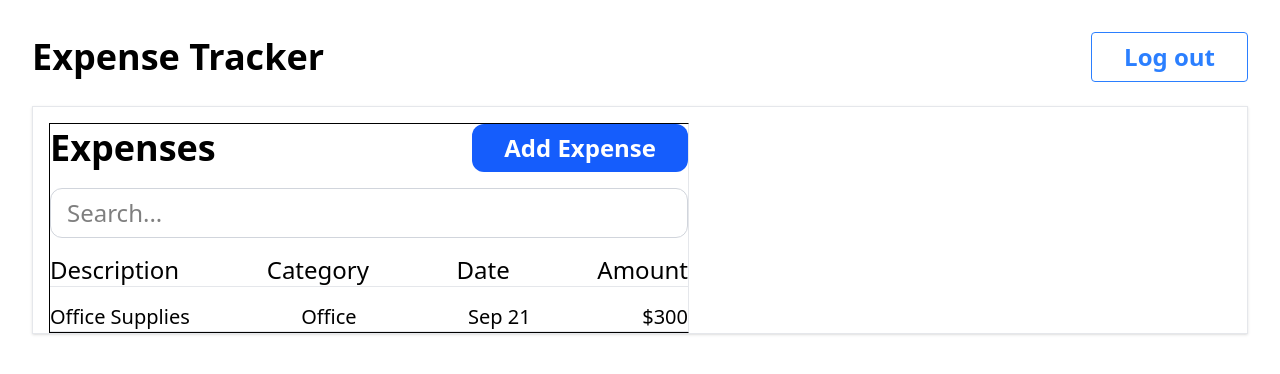
Repository: Syed-Mohsin-Ali786/frontend-expense-tracker
Page: /
An editor plug-in stored every save of this project. The page is shown before and after the next save, followed by the edit.
The browser window is 1280 px wide. The pictures show the whole page.
The project was rebuilt for these pictures with package versions that can differ from the ones it lists, and the page was loaded fresh each time.

Above is the page before, as saved 2025-09-28 14:29:56.

### src/App.tsx
import "./App.css";

function App() {
  return (
    <div className=" mt-4 mx-4 p-4">
      {/* Header */}
      <header className="flex items-center justify-between">
        <h1 className="text-4xl  font-semibold">Expense Tracker</h1>
        <button className=" border border-blue-500 py-2 px-3 md:px-6 lg:px-8 rounded font-semibold text-blue-500 text-2xl ">
          Log out
        </button>
      </header>

      {/* The main page */}
      <section className="mt-6 shadow border-gray-200 border px-4">
        {/* Expenses */}
        <div className="flex flex-col w-[50vw] justify-between mt-4 border-r-gray-200 border">
          <div className="flex justify-between items-center ">
            <h1 className="text-4xl  font-semibold">Expenses</h1>
            <button className=" bg-blue-600  py-2 px-3 md:px-6 lg:px-8 rounded-[12px] font-semibold text-[#ffff] text-2xl">
              Add Expense
            </button>
          </div>
          <div>
            <input
              type="text"
              placeholder="Search..."
              className="py-2 px-4 w-full text-2xl border-gray-300 border rounded-[12px] mt-4 "
            />
            <div className="flex text-2xl items-center justify-between mt-4 border-gray-200 border-b">
              <p>Description</p>
              <p>Category</p>
              <p>Date</p>
              <p>Amount</p>
            </div>
            <div className="flex text-xl items-center justify-between mt-4 border-gray-200 border-b">
              <p>Office Supplies</p>
              <p>Office</p>
              <p> Sep 21</p>
              <p>$300</p>
            </div>
          </div>
        </div>
        {/* Charts */}
        <div></div>
      </section>
    </div>
  );
}

export default App;

Loaded but not shown: index.html (common file); src/main.tsx (common file); src/App.css (common file)

After the next save:
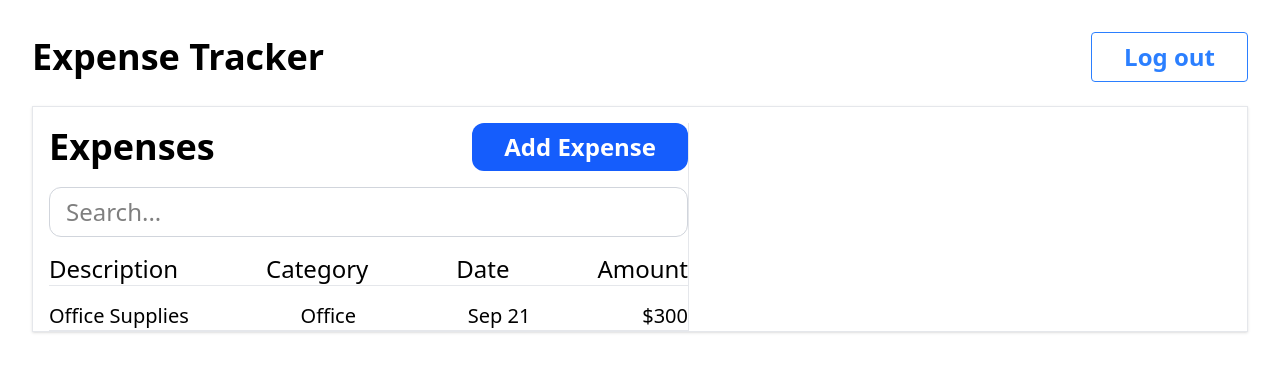
Saved 16 s later.
--- a/src/App.tsx
+++ b/src/App.tsx
@@ -14,7 +14,7 @@ function App() {
       {/* The main page */}
       <section className="mt-6 shadow border-gray-200 border px-4">
         {/* Expenses */}
-        <div className="flex flex-col w-[50vw] justify-between mt-4 border-r-gray-200 border">
+        <div className="flex flex-col w-[50vw] justify-between mt-4 border-r-gray-200 border-r">
           <div className="flex justify-between items-center ">
             <h1 className="text-4xl  font-semibold">Expenses</h1>
             <button className=" bg-blue-600  py-2 px-3 md:px-6 lg:px-8 rounded-[12px] font-semibold text-[#ffff] text-2xl">
